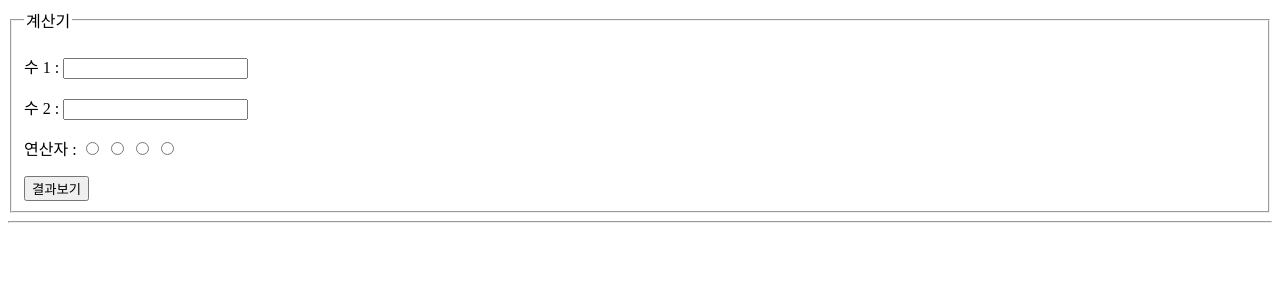
Repository: wjsjsn/23_jspstudy
Page: 01_servlet/src/main/webapp/view/ex07.html
The author's editor kept a copy of each file at every save. The page is drawn from the files as they stood at one save, then again after the next save.
The browser window is 1280 px wide. The pictures show the whole page.

Above is the page before, as saved 2023-06-30 04:17:05.

After the next save:
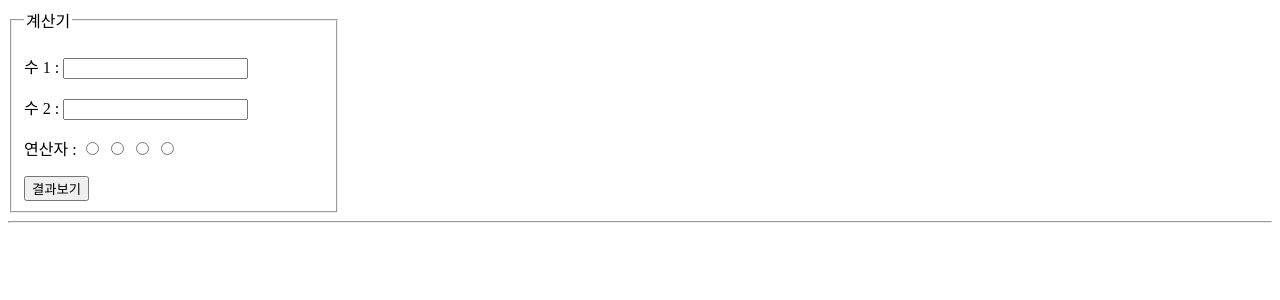
Saved 43 s later.
--- a/01_servlet/src/main/webapp/view/ex07.html
+++ b/01_servlet/src/main/webapp/view/ex07.html
@@ -4,7 +4,9 @@
 <meta charset="UTF-8">
 <title>Insert title here</title>
 <style type="text/css">
-
+	fieldset {
+		width: 300px;
+	}
 </style>
 </head>
 <body>
